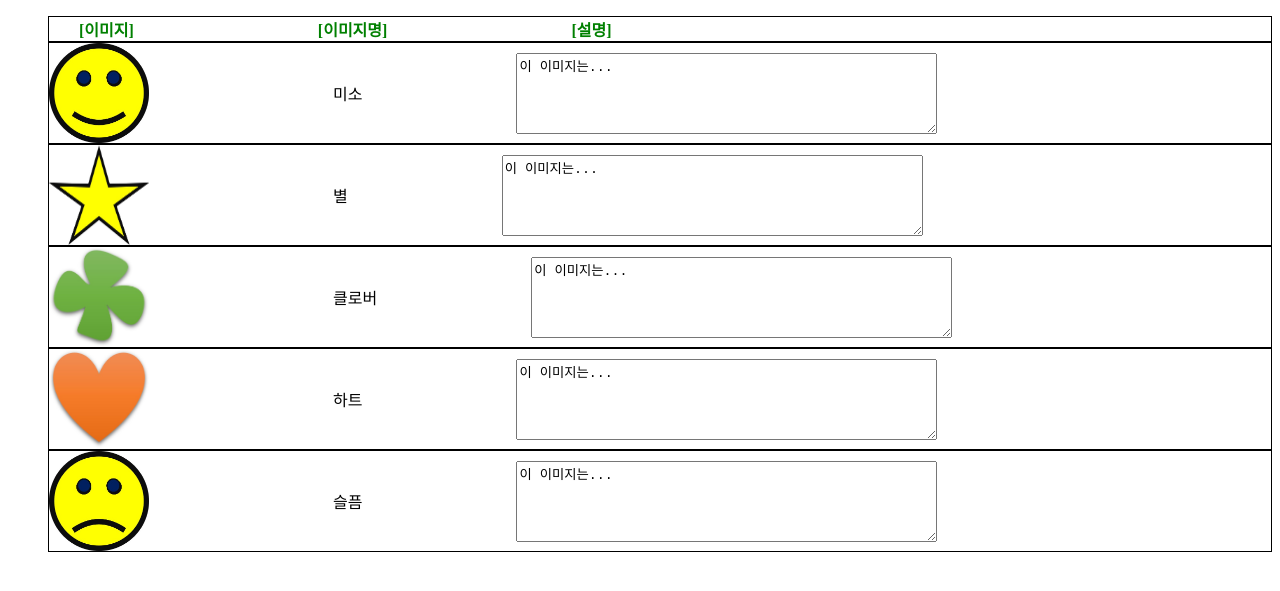
Repository: jpg723/Assignment
Page: http://localhost/LAB5_5/LAB5_5.jsp
These files come from the project's save history. The page is drawn as it stood at one moment and after the next save; the edit follows.
The browser window is 1280 px wide. The pictures show the whole page.
The page is served by Tomcat 9.

Above is the page before, as saved 2021-10-31 09:50:26.

After the next save:
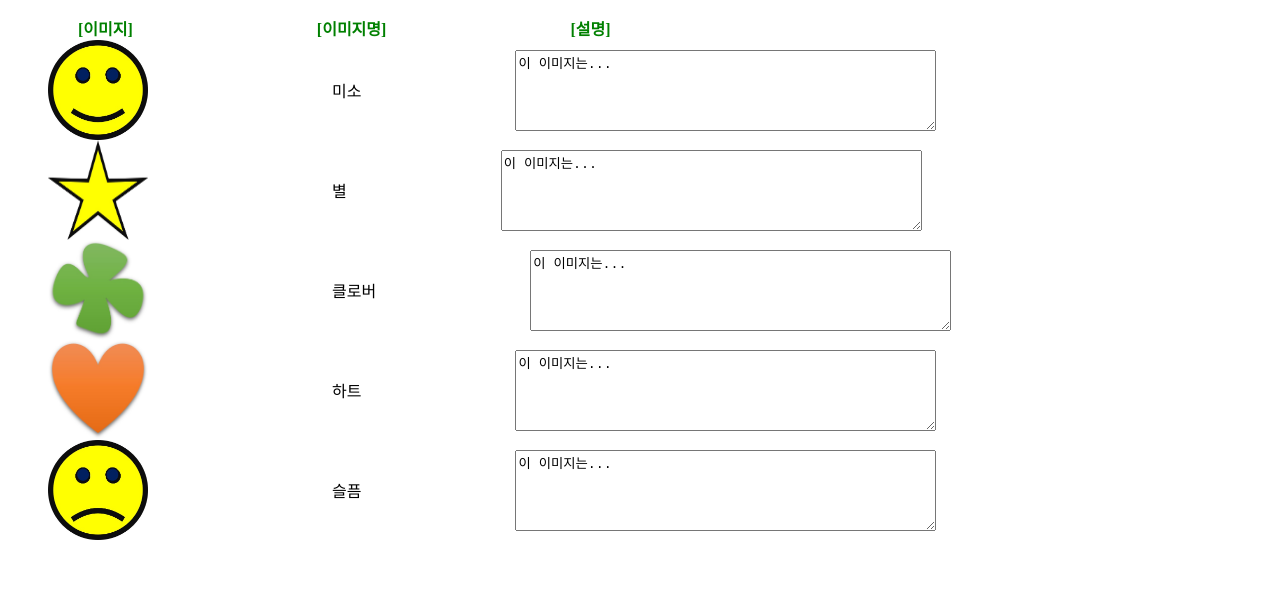
Saved 22 s later.
--- a/웹프로그래밍/LAB5_5/src/main/webapp/LAB5_5.jsp
+++ b/웹프로그래밍/LAB5_5/src/main/webapp/LAB5_5.jsp
@@ -8,7 +8,7 @@
 <style>
 ul li{
 	list-style: none;
-	border: 1px solid black;
+
 }
 
 span.s1{

After the save that followed:
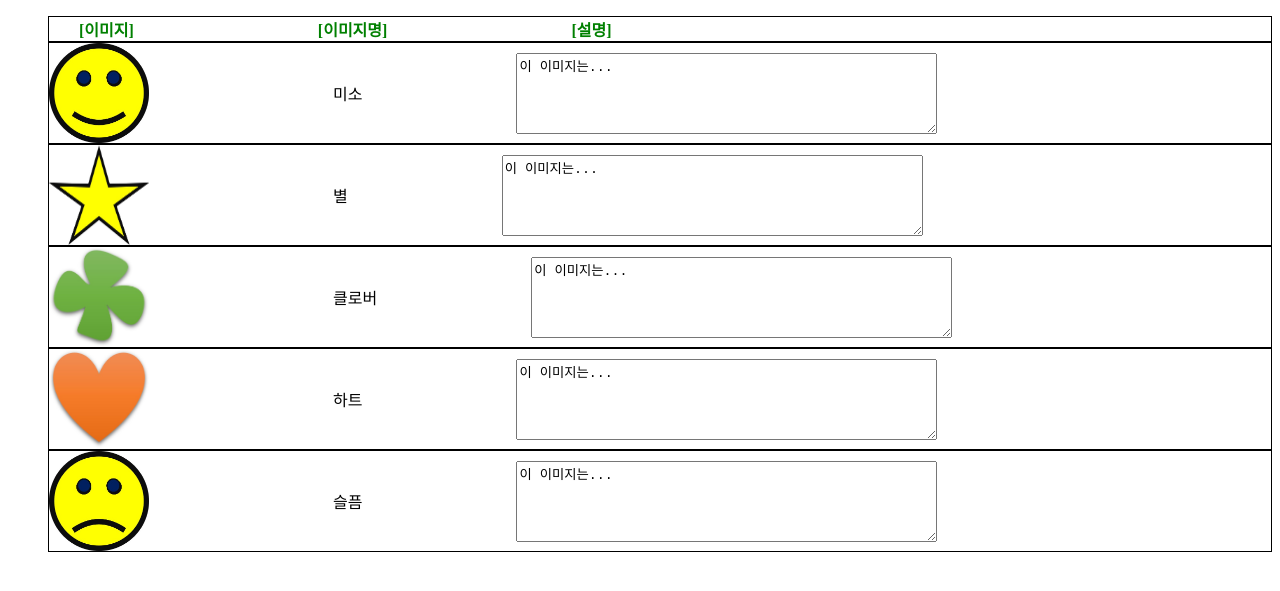
Saved 19 s later.
--- a/웹프로그래밍/LAB5_5/src/main/webapp/LAB5_5.jsp
+++ b/웹프로그래밍/LAB5_5/src/main/webapp/LAB5_5.jsp
@@ -8,7 +8,7 @@
 <style>
 ul li{
 	list-style: none;
-
+	border: 1px solid black;
 }
 
 span.s1{
